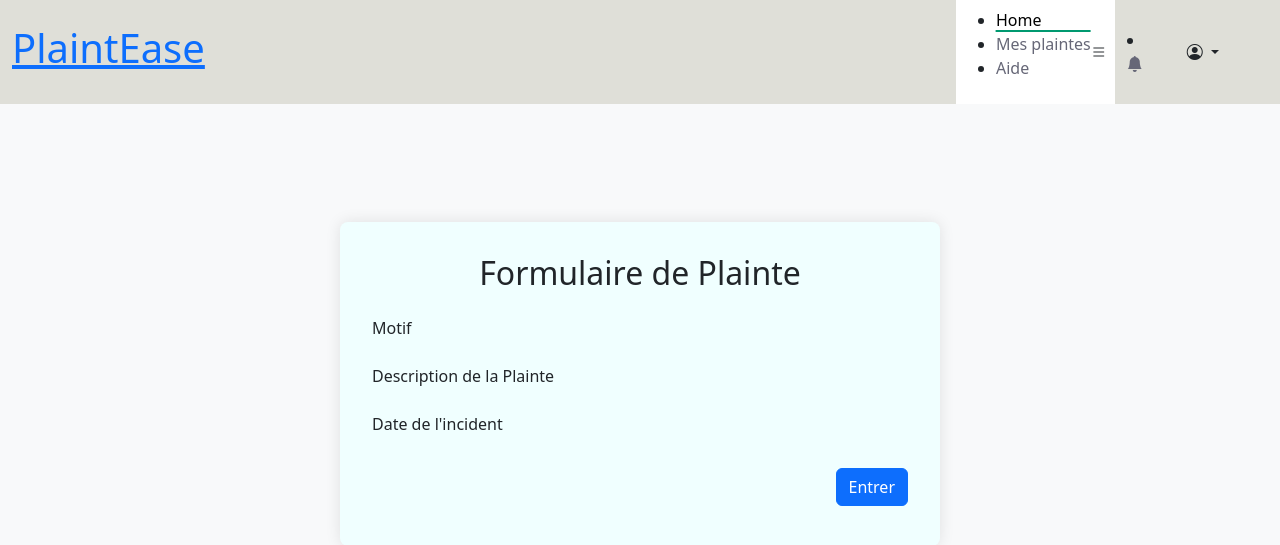
Repository: Senare1/PlaintEasy
Page: complaints/templates/complaints/formulaire.html
The author's editor kept a copy of each file at every save. The page is drawn from the files as they stood at one save, then again after the next save.
The browser window is 1280 px wide. The pictures show the whole page.
Some web libraries are served in a nearby version. The template is drawn by Django 4.2. The application's start-up code is not run. The template is opened directly, without the code that normally fills it, so the values that code supplies are empty.

Above is the page before, as saved 2024-08-11 06:30:34.

After the next save:
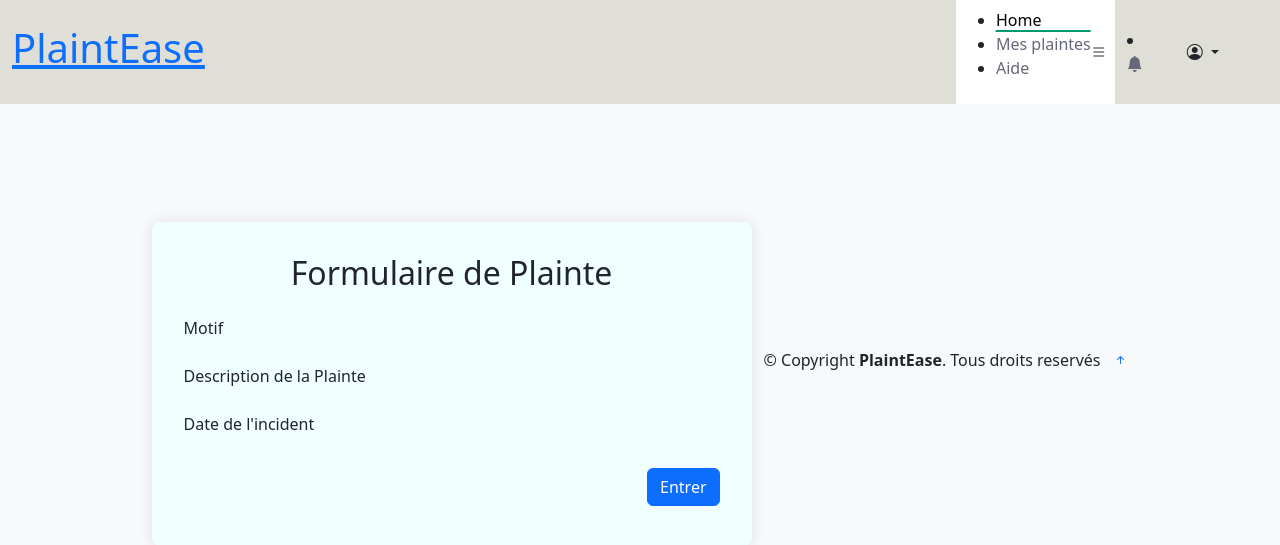
Saved 2 min 14 s later.
--- a/complaints/templates/complaints/formulaire.html
+++ b/complaints/templates/complaints/formulaire.html
@@ -84,6 +84,23 @@
         </form>
     </div>
 
+    <footer id="footer " class=" ">
+        <div class="container">
+          <div class="row d-flex align-items-center">
+            <div class="col-lg-12 text-lg-left text-center">
+              <div class="copyright">
+                &copy; Copyright <strong>PlaintEase</strong>. Tous droits reservés
+              </div>
+            </div>
+
+          </div>
+        </div>
+      </footer><!-- End Footer -->
+
+      <a href="#" class="back-to-top d-flex align-items-center justify-content-center"><i
+          class="bi bi-arrow-up-short"></i></a>
+
+
     <script src="https://cdn.jsdelivr.net/npm/@popperjs/core@2.11.8/dist/umd/popper.min.js"></script>
     <script src="https://cdn.jsdelivr.net/npm/bootstrap@5.3.3/dist/js/bootstrap.bundle.min.js" integrity="sha384-YvpcrYf0tY3lHB60NNkmXc5s9fDVZLESaAA55NDzOxhy9GkcIdslK1eN7N6jIeHz" crossorigin="anonymous"></script>
 </body>

After the save that followed:
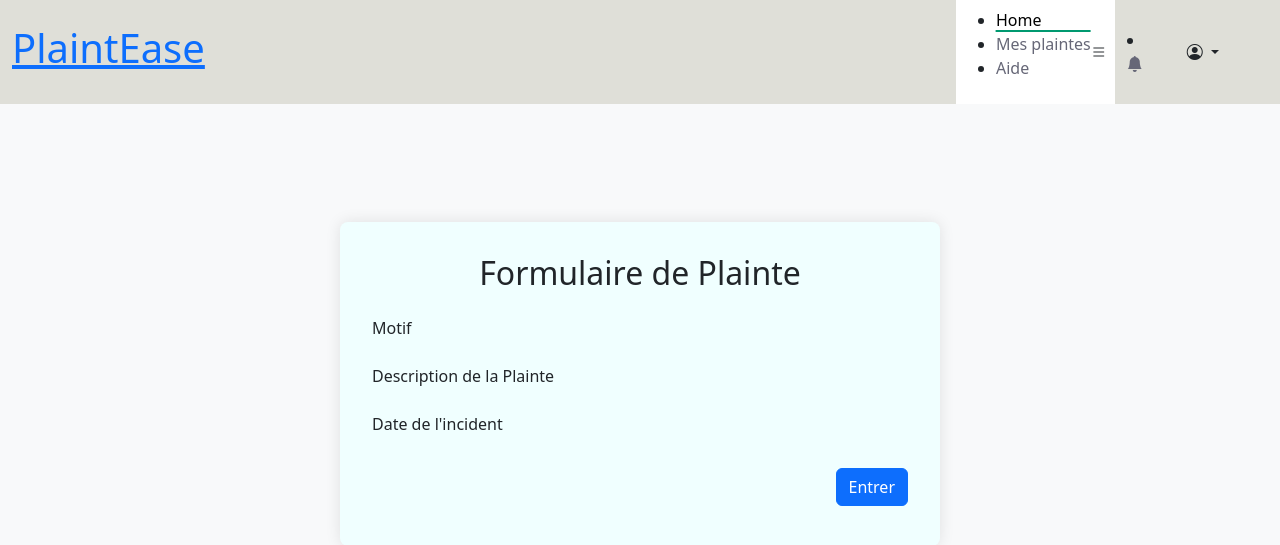
Saved 44 s later.
--- a/complaints/templates/complaints/formulaire.html
+++ b/complaints/templates/complaints/formulaire.html
@@ -84,22 +84,6 @@
         </form>
     </div>
 
-    <footer id="footer " class=" ">
-        <div class="container">
-          <div class="row d-flex align-items-center">
-            <div class="col-lg-12 text-lg-left text-center">
-              <div class="copyright">
-                &copy; Copyright <strong>PlaintEase</strong>. Tous droits reservés
-              </div>
-            </div>
-
-          </div>
-        </div>
-      </footer><!-- End Footer -->
-
-      <a href="#" class="back-to-top d-flex align-items-center justify-content-center"><i
-          class="bi bi-arrow-up-short"></i></a>
-
 
     <script src="https://cdn.jsdelivr.net/npm/@popperjs/core@2.11.8/dist/umd/popper.min.js"></script>
     <script src="https://cdn.jsdelivr.net/npm/bootstrap@5.3.3/dist/js/bootstrap.bundle.min.js" integrity="sha384-YvpcrYf0tY3lHB60NNkmXc5s9fDVZLESaAA55NDzOxhy9GkcIdslK1eN7N6jIeHz" crossorigin="anonymous"></script>
